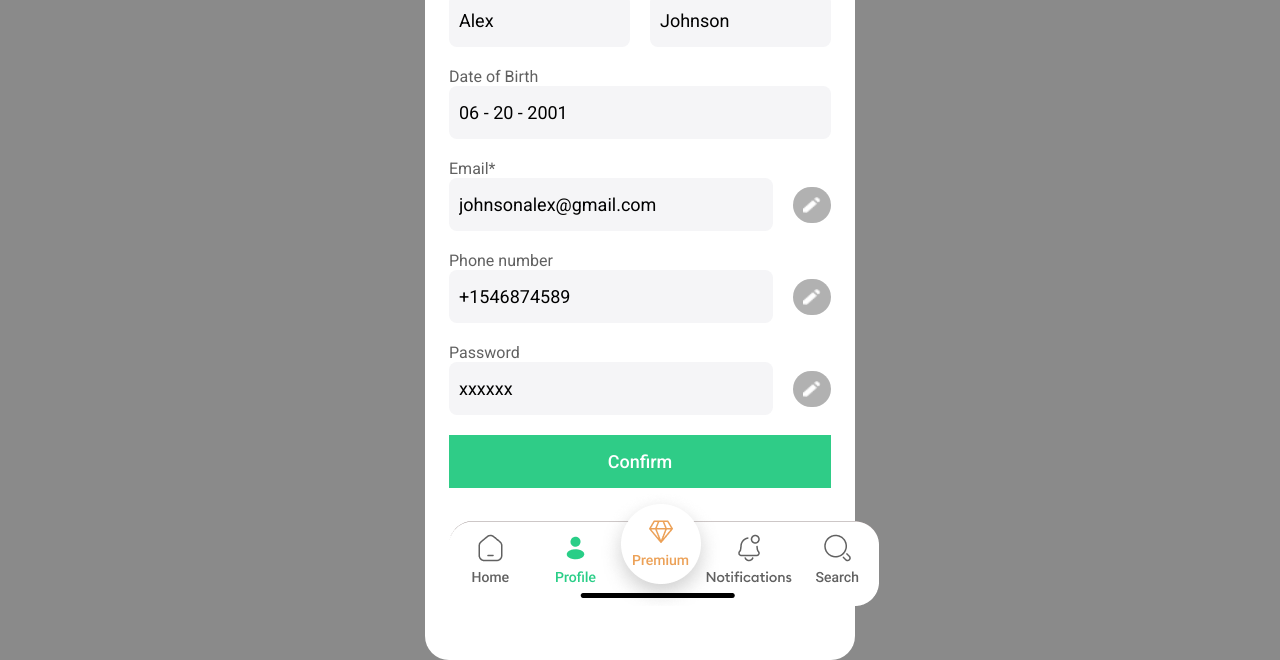
Repository: AytacSafarova/Task-figma-ui
Page: index.html
An editor plug-in stored every save of this project. The page is shown before and after the next save, followed by the edit.
The browser window is 1280 px wide. The pictures show the part of the page from y = 300 to 960 px (the page is 960 px tall).

Above is the page before, as saved 2023-02-25 18:36:06.

After the next save:
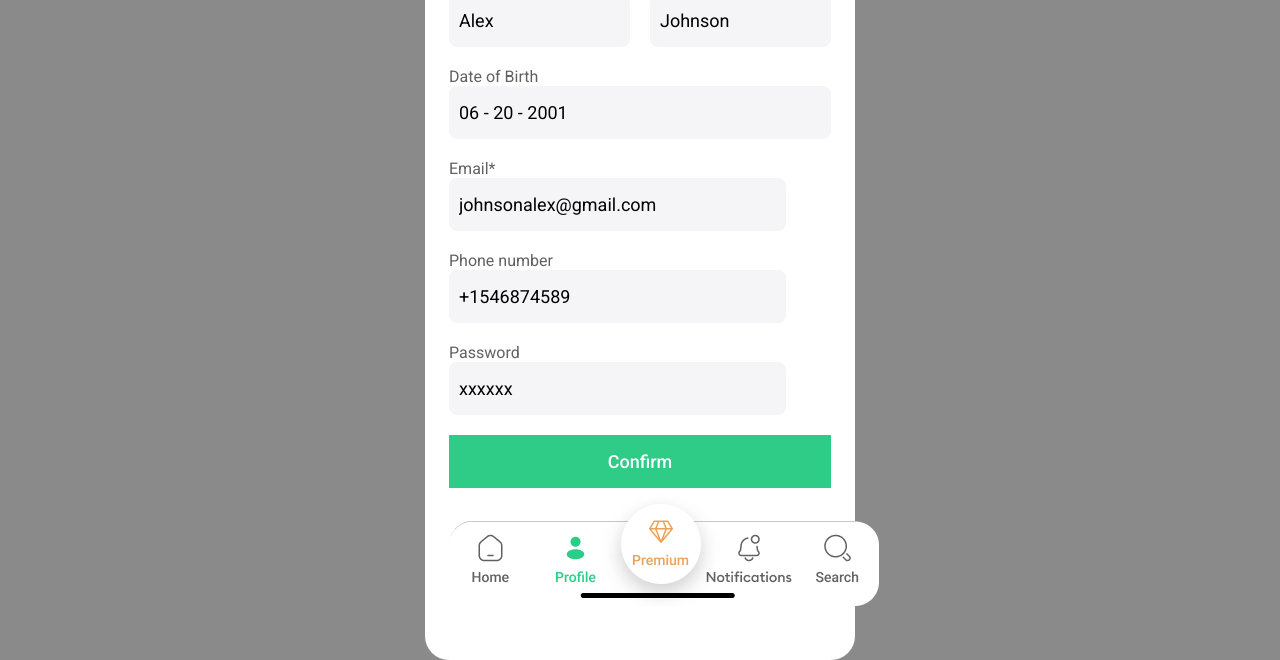
Saved 4 s later.
--- a/index.css
+++ b/index.css
@@ -33,7 +33,7 @@
   border-radius: 50%;
   object-fit: fill;
 }
-
+.titleImage
 .circle {
   width: 37.95px;
   height: 36px;

After the save that followed:
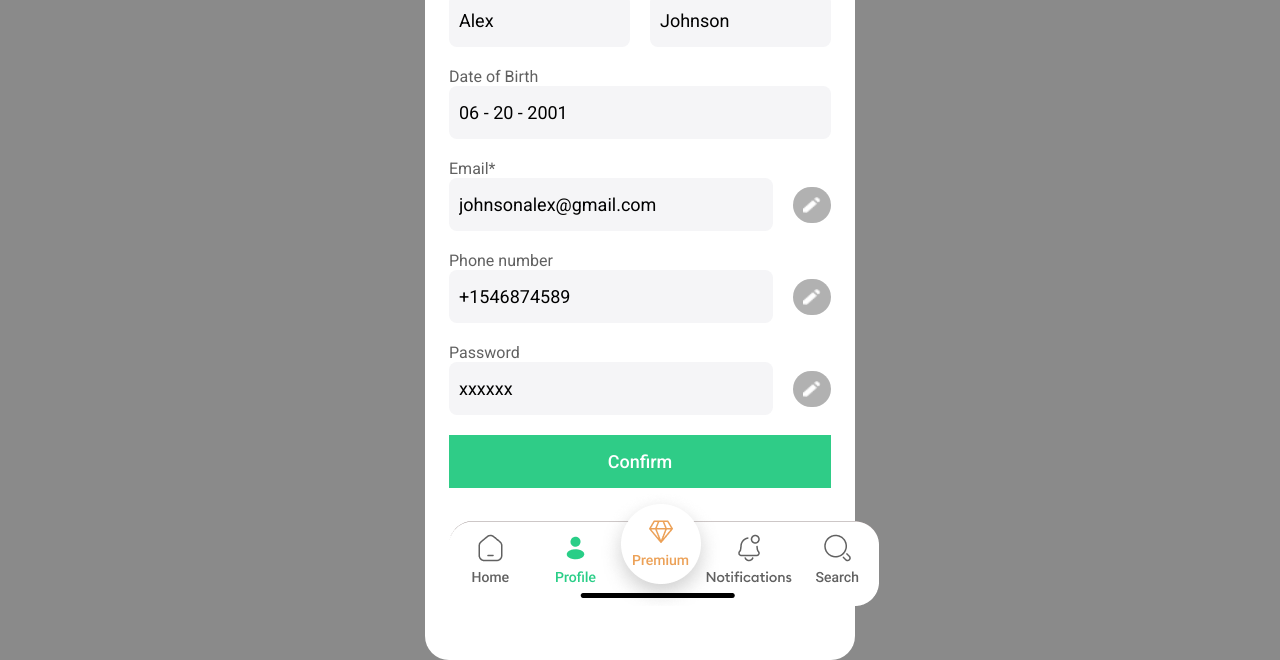
Saved 6 s later.
--- a/index.css
+++ b/index.css
@@ -33,7 +33,9 @@
   border-radius: 50%;
   object-fit: fill;
 }
-.titleImage
+.titleImage .circle{
+    p
+}
 .circle {
   width: 37.95px;
   height: 36px;
